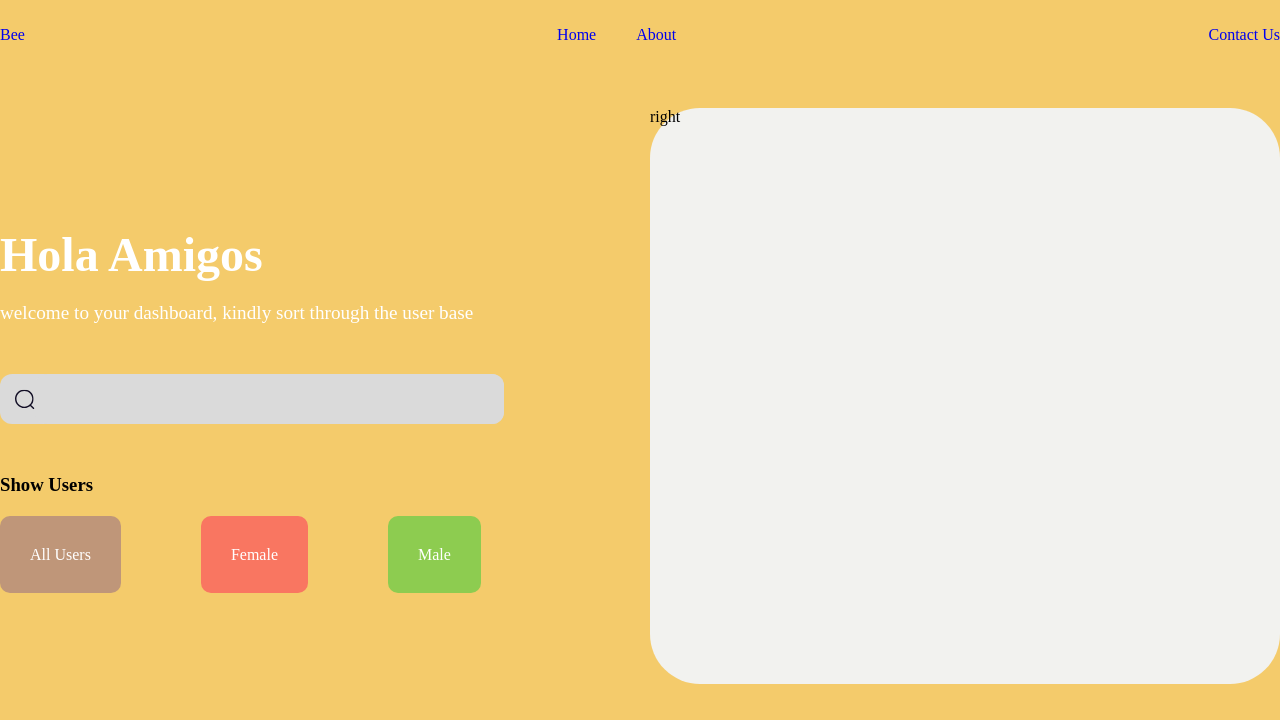
Repository: ble-syn/Random-user-generator-app
Page: /
These files come from the project's save history. The page is drawn as it stood at one moment and after the next save; the edit follows.
The browser window is 1280 px wide. The pictures show the whole page.
The project was rebuilt for these pictures with package versions that can differ from the ones it lists, and the page was loaded fresh each time. Also part of the build but not shown: src/pages/About.jsx, src/pages/Policy.jsx, src/pages/Terms.jsx, src/pages/Contact.jsx, src/pages/NotFound.jsx.

Above is the page before, as saved 2022-10-26 01:20:08.

### src/index.css
*{
  margin: 0;
  padding: 0;
  box-sizing: border-box;
}
a {
  text-decoration: none;
}

body {
  background-color: #F4CB6B;
}
.container {
  width: 100%;
  max-width: 1300px;
  margin: 0 auto;

}

nav {
  display: flex;
  justify-content: space-between;
  margin: 2% 0 5%;
}
.menu {
  margin: 0 20px;
}

.home-container{
  display: flex;

  align-items: center;
}
/* LEFT STYLES */
#left {
  flex: 5;
}
#left h1 {
  font-size: 3rem;
  font-weight: 700;
  color: #fff;
  margin-bottom: 20px;
}
#left p {
  font-size: 1.2rem;
  color: #fff;
  margin-bottom: 20px;
}
.search-input {
  width: 80%;
  background-color: #dadada;
  border-radius: 12px;
  border: none;
  display: flex;
  place-items: center;
  padding-left: 15px;
  margin: 50px 0;
}
input {
  border: none;
  border-radius: 12px;
  background-color: inherit;
  width: 100%;
  height: 50px;
  padding-left: 5px;
  font-size: 20px;
}
input:focus {
  outline: none;
}
input::placeholder {
  color: #171717;
}
.user-link-cont {
  margin-top: 50px;
}
.user-link{
  margin-right: 80px;
  padding: 30px;
  border-radius: 10px;
  color: #FFF;
  cursor: pointer;
}
.all-user {
  background-color: #BF9679;
}
.female-user{
  background-color: #F97661;
}
.male-user{
background-color: #8DCC50;
}

#right{
  height: 80vh;
 flex: 5;
  margin-left: 20px;
  background-color: #F2F2EF;
  border-radius: 50px;
}

### src/App.js
import { BrowserRouter as Router, Routes, Route, Navigate} from "react-router-dom";
import Navbar from "./components/Navbar";
import Home from "./pages/Home";
import About from "./pages/About";
import Policy from "./pages/Policy";
import Terms from "./pages/Terms";
import Contact from "./pages/Contact";
import NotFound from "./pages/NotFound";

function App() {
  return (
    <div className="container">
      <Router>
      <Navbar />
        <Routes>
          <Route path="/" element={<Home />} />
          <Route path="/about" element={<About />}>
            <Route path="policy" element={<Policy />} />
            <Route path="terms" element={<Terms />} />
          </Route>
          <Route path="/contact" element={<Contact />} />
          <Route path="/not-found" element={<NotFound />} />
          <Route path="*" element={<Navigate to="/not-found" />} />
        </Routes>
      </Router>

    </div>
  );
}

export default App;

### src/components/Navbar.jsx
import React from "react";
import { Link } from "react-router-dom";

function Navbar() {
    return (
      <nav className="header">
        <div className="logo">
          <Link to="/">Bee</Link>
        </div>


        <div>
            <Link to="/about" className="menu">Home</Link>

            <Link to="/contact" className="menu">About</Link>
        </div>
        <div>
            <Link to="/">Contact Us</Link>
        </div>
      </nav>
    );
  }

export default Navbar;

### src/pages/Home.jsx
import React from "react";
import { Link } from "react-router-dom";
import { ReactComponent as Search } from "../assets/Search.svg"

function Home() {
  return (
    <div className="home-container">
      <div id="left">
        <h1>Hola Amigos</h1>
        <p>welcome to your dashboard, kindly sort through the user base</p>
        <form action="" className="search-input">
          <Search />
          <input type="text" name="" id="" />
        </form>
        <h3>Show Users</h3>
        <div className="user-link-cont">
          <Link className="user-link all-user" to="/login">All Users</Link>
          <Link className="user-link female-user" to="/register">Female</Link>
          <Link className="user-link male-user" to="/about">Male</Link>
        </div>
      </div>
      <div id="right">
        right
      </div>
    </div>
  );
}

export default Home;

Loaded but not shown: public/index.html (common file); src/index.js (common file); src/reportWebVitals.js (common file)

After the next save:
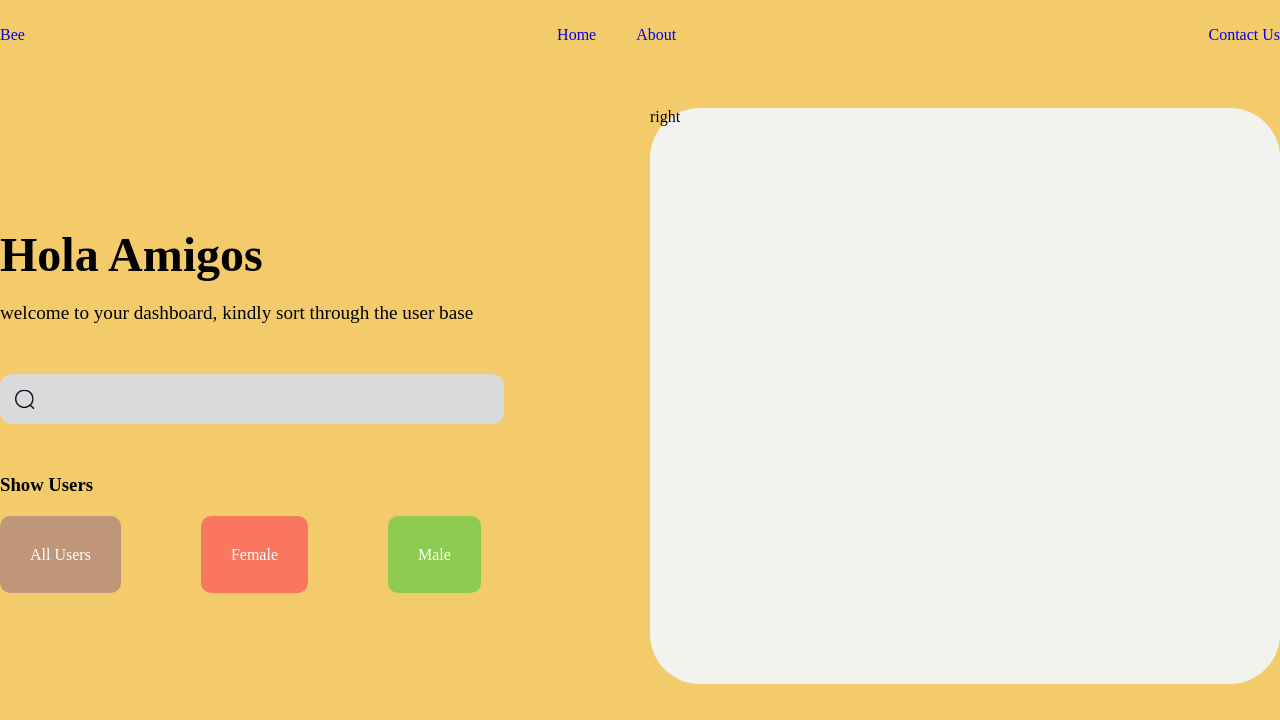
Saved 13 s later.
--- a/src/index.css
+++ b/src/index.css
@@ -38,12 +38,10 @@ nav {
 #left h1 {
   font-size: 3rem;
   font-weight: 700;
-  color: #fff;
   margin-bottom: 20px;
 }
 #left p {
   font-size: 1.2rem;
-  color: #fff;
   margin-bottom: 20px;
 }
 .search-input {
